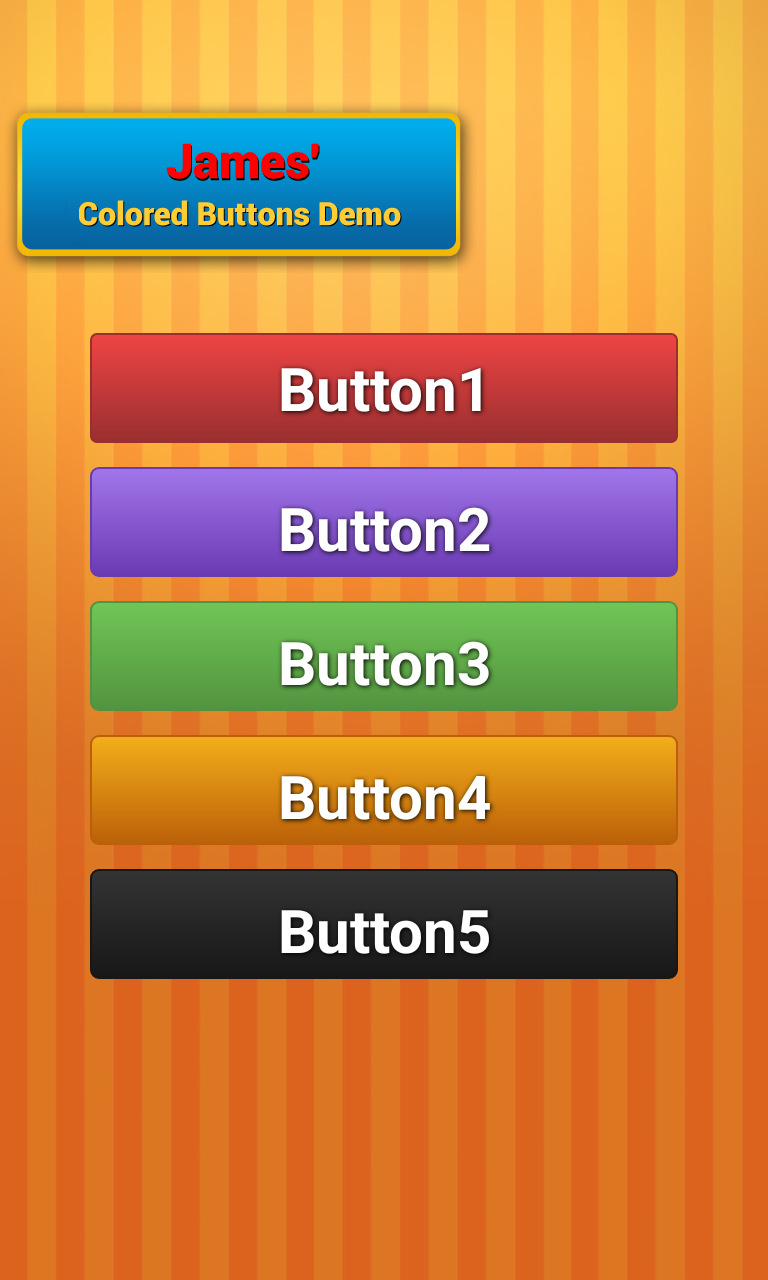
Repository: jmwhite999/_ColoredGradientButtons
Layout: ColoredGradientButtons/res/layout/main.xml
An editor plug-in stored every save of this project. The layout is shown before and after the next save, followed by the edit.
It is drawn on a 768 x 1280 px phone screen (xhdpi) without system bars, with theme android:Theme; the app's code is not run.

Above is the layout before, as saved 2014-01-02 10:04:30.

### ColoredGradientButtons/res/layout/main.xml
<?xml version="1.0" encoding="utf-8"?>
<LinearLayout xmlns:android="http://schemas.android.com/apk/res/android"
    android:layout_width="fill_parent"
    android:layout_height="fill_parent"
    android:orientation="vertical"
    android:background="@drawable/background">

    <ImageView
        android:id="@+id/logo_imgView"
        android:layout_width="wrap_content"
        android:layout_height="wrap_content"
        android:src="@drawable/logo2"
        android:layout_marginTop="50dip"/>

    <Button
        android:id="@+id/play_btn"
        android:background="@drawable/red_menu_btn"
        style="@style/main_menu_btnTop"
        android:text="@string/btnlabel1"/>

    <Button
        android:id="@+id/player_data_btn"
        android:background="@drawable/purple_menu_btn"
        style="@style/main_menu_btnNormal"
        android:text="@string/btnlabel2"/>

    <Button
        android:id="@+id/highscore_btn"
        android:background="@drawable/green_menu_btn"
        style="@style/main_menu_btnNormal"
        android:text="@string/btnlabel3"/>

    <Button
        android:id="@+id/options_btn"
        android:background="@drawable/yellow_menu_btn"
        style="@style/main_menu_btnNormal"
        android:text="@string/btnlabel4"/>

        <Button
        android:id="@+id/btn5"
        android:background="@drawable/black_menu_btn"
        style="@style/main_menu_btnNormal"
        android:text="@string/btnlabel5"/>

</LinearLayout>

### ColoredGradientButtons/res/drawable/red_menu_btn.xml
<?xml version="1.0" encoding="utf-8"?>
<selector xmlns:android="http://schemas.android.com/apk/res/android" >
    <item android:state_pressed="true">
        <shape>
            <solid
                android:color="@color/red_base"/>
            <stroke
                android:width="1dip"
                android:color="@color/red_stroke"	/>
            <corners
                android:radius="3dip"/>
            <padding
                android:left="40dip"
                android:right="40dip"/>

        </shape>
    </item>
	<item>
	    <shape>
	        <gradient
	            android:startColor="@color/red_gradientS"
	            android:endColor="@color/red_gradientE"
	            android:angle="270"/>
	        <stroke
                android:width="1dip"
                android:color="@color/red_stroke"/>
	        <corners
                android:radius="3dip"/>
            <padding
                android:left="40dip"
                android:right="40dip"/>
	    </shape>
	</item>
</selector>

### ColoredGradientButtons/res/values/styles.xml
<?xml version="1.0" encoding="utf-8"?>
<resources>

	<style name="main_menu">
	    <item name="android:layout_width">fill_parent</item>
	    <item name="android:layout_height">55dip</item>
	    <item name="android:textColor">@color/menu_text_color</item>
	    <item name="android:gravity">center</item>
	    <item name="android:layout_marginLeft">45dip</item>
	    <item name="android:layout_marginRight">45dip</item>
	    <item name="android:textSize">30sp</item>
	    <item name="android:textStyle">bold</item>
	    <item name="android:shadowColor">@color/menu_shadow_color</item>
	    <item name="android:shadowDx">1</item>
	    <item name="android:shadowDy">1</item>
	    <item name="android:shadowRadius">4</item>
	</style>

	<style name="main_menu_btnTop" parent="main_menu">
	    <item name="android:layout_marginTop">30dip</item>
	</style>

	<style name="main_menu_btnNormal" parent="main_menu">
	    <item name="android:layout_marginTop">12dip</item>
	</style>
</resources>

### ColoredGradientButtons/res/values/strings.xml
<?xml version="1.0" encoding="utf-8"?>
<resources>

    <string name="button_label">I\'m a button</string>
    <string name="app_name">JMClrdBtnsApp</string>
	<string name="btnlabel1">Button1</string>
	<string name="btnlabel2">Button2</string>
	<string name="btnlabel3">Button3</string>
	<string name="btnlabel4">Button4</string>
	<string name="btnlabel5">Button5</string>

</resources>

### ColoredGradientButtons/res/values/colors.xml
<?xml version="1.0" encoding="utf-8"?>
<resources>
    <color name="red_base">#ef4444</color>
    <color name="red_stroke">#992F2F</color>
    <color name="red_gradientS">#ef4444</color>
    <color name="red_gradientE">#992F2F</color>

    <color name="blue_base">#449def</color>
    <color name="blue_stroke">#2F6699</color>
    <color name="blue_gradientS">#00a2e2</color>
    <color name="blue_gradientE">#0767a4</color>

    <color name="def_blue_base">#449def</color>
    <color name="def_blue_stroke">#2F6699</color>
    <color name="def_blue_gradientS">#449def</color>
    <color name="def_blue_gradientE">#2F6699</color>

    <color name="menu_text_color">#FFFFFF</color>
    <color name="menu_shadow_color">#000000</color>

</resources>

### ColoredGradientButtons/res/drawable/blue_menu_btn.xml
<?xml version="1.0" encoding="utf-8"?>
<selector xmlns:android="http://schemas.android.com/apk/res/android" >
     <item android:state_pressed="true">
        <shape>
            <solid
                android:color="@color/blue_base"/>
            <stroke
                android:width="1dip"
                android:color="@color/blue_stroke"	/>
            <corners
                android:radius="3dip"/>
            <padding
                android:left="40dip"
                android:right="40dip"/>

        </shape>
    </item>
	<item>
	    <shape>
	        <gradient
	            android:startColor="@color/blue_gradientS"
	            android:endColor="@color/blue_gradientE"
	            android:angle="270"/>
	        <stroke
                android:width="1dip"
                android:color="@color/blue_stroke"/>
	        <corners
                android:radius="3dip"/>
            <padding
                android:left="40dip"
                android:right="40dip"/>
	    </shape>
	</item>
</selector>

Loaded but not shown: ColoredGradientButtons/res/drawable/purple_menu_btn.xml (common file); ColoredGradientButtons/res/drawable/green_menu_btn.xml (common file); ColoredGradientButtons/res/drawable/yellow_menu_btn.xml (common file); ColoredGradientButtons/res/drawable/black_menu_btn.xml (common file)

After the next save:
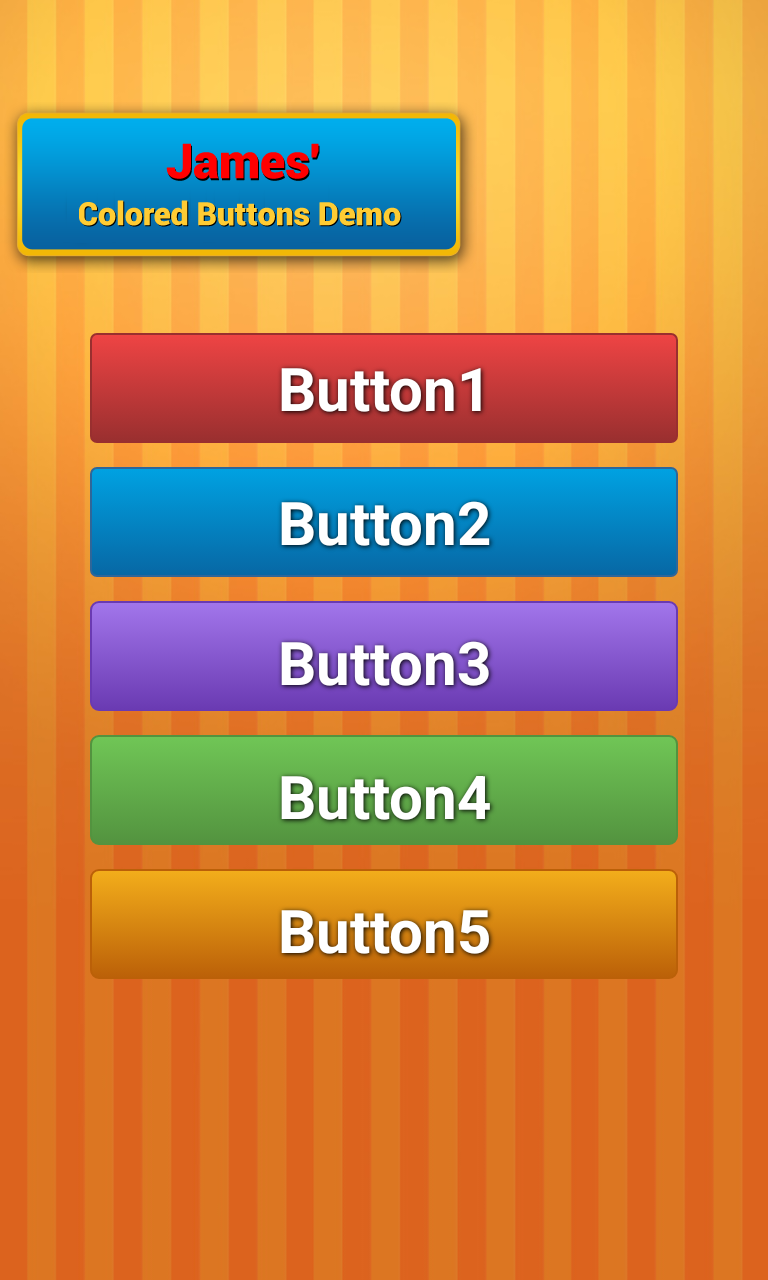
Saved 100 s later.
--- a/ColoredGradientButtons/res/layout/main.xml
+++ b/ColoredGradientButtons/res/layout/main.xml
@@ -20,25 +20,25 @@
 
     <Button
         android:id="@+id/player_data_btn"
-        android:background="@drawable/purple_menu_btn"
+        android:background="@drawable/blue_menu_btn"
         style="@style/main_menu_btnNormal"
         android:text="@string/btnlabel2"/>
 
     <Button
         android:id="@+id/highscore_btn"
-        android:background="@drawable/green_menu_btn"
+        android:background="@drawable/purple_menu_btn"
         style="@style/main_menu_btnNormal"
         android:text="@string/btnlabel3"/>
 
     <Button
         android:id="@+id/options_btn"
-        android:background="@drawable/yellow_menu_btn"
+        android:background="@drawable/green_menu_btn"
         style="@style/main_menu_btnNormal"
         android:text="@string/btnlabel4"/>
 
         <Button
         android:id="@+id/btn5"
-        android:background="@drawable/black_menu_btn"
+        android:background="@drawable/yellow_menu_btn"
         style="@style/main_menu_btnNormal"
         android:text="@string/btnlabel5"/>
 
